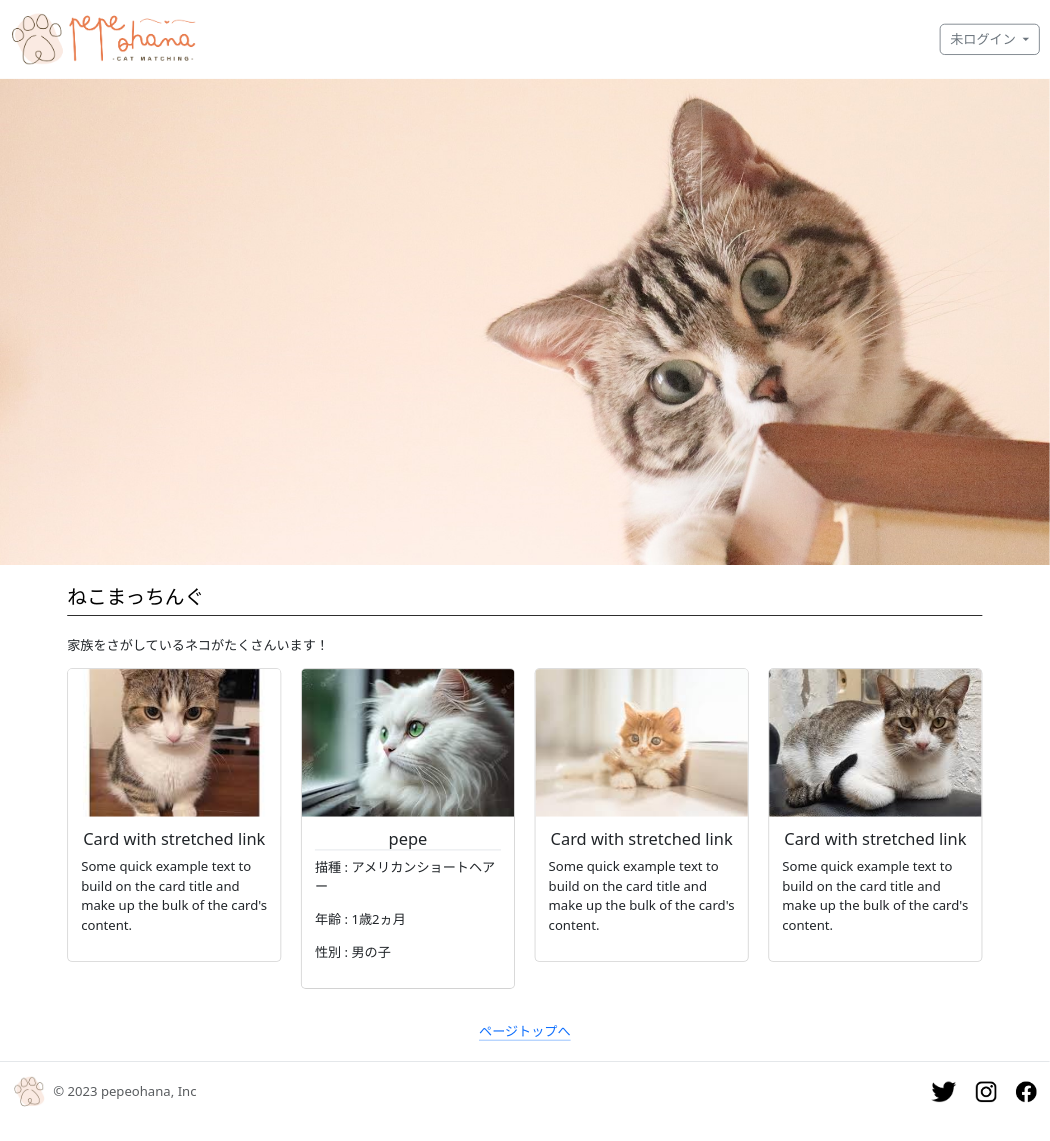
Repository: sakuwell/pepe
Page: http://localhost/PepeOhana/
An editor plug-in stored every save of this project. The page is shown before and after the next save, followed by the edit.
The browser window is 1280 px wide. The pictures show the whole page, at 82% of full size.
The page is served by Tomcat 9. Other server files are loaded and not shown.

Above is the page before, as saved 2023-09-06 04:59:31.

### ExWorkSpace/PepeOhana/src/main/webapp/index.jsp
<%@ page language="java" contentType="text/html; charset=UTF-8"
    pageEncoding="UTF-8"%>
<%@ page import="model.UsersInfoDto" %>

<!DOCTYPE html>
<html lang="ja">
<head>
    <meta charset="UTF-8">
    <meta name="viewport" content="width=device-width, initial-scale=1.0">
    <!-- Bootstrap CSS -->
    <link href="https://cdn.jsdelivr.net/npm/bootstrap@5.3.0/dist/css/bootstrap.min.css" rel="stylesheet" integrity="sha384-9ndCyUaIbzAi2FUVXJi0CjmCapSmO7SnpJef0486qhLnuZ2cdeRhO02iuK6FUUVM" crossorigin="anonymous">
    <script src="https://cdn.jsdelivr.net/npm/bootstrap@5.3.0/dist/js/bootstrap.bundle.min.js" integrity="sha384-geWF76RCwLtnZ8qwWowPQNguL3RmwHVBC9FhGdlKrxdiJJigb/j/68SIy3Te4Bkz" crossorigin="anonymous"></script>
    <title>Top | pepeohana</title>
</head>

<%
    // セッションを取得
	UsersInfoDto userInfoOnSession = (UsersInfoDto)session.getAttribute("LOGIN_INFO");
	boolean isLoggedIn = false;
	String userName = "";
	//HttpSession mysession = request.getSession(true);

    // セッションが存在し、username属性もセットされている場合はログイン済み
    if (userInfoOnSession != null) {
		userName = userInfoOnSession.getUserName();
        isLoggedIn = true;
    }
%>

<body>
	<% if (isLoggedIn) { %>
    <!-- ログイン済ヘッダー -->
    <nav class="navbar navbar-expand-lg navbar-light bg-white">
        <div class="container-fluid">
            <a class="navbar-brand" href="index.jsp">
                <img src="images/pepe_ohana_logo.png" alt="ページロゴ" width="auto" height="70">
            </a>
            <div class="btn-group">
                <button type="button" class="btn btn-secondary dropdown-toggle" data-bs-toggle="dropdown" aria-expanded="false">
                    userName
                </button>
                <ul class="dropdown-menu dropdown-menu-end">
                    <li><a class="dropdown-item" href="<%=request.getContextPath()%>/ExeMyPage">マイページ</a></li>
                    <li><a class="dropdown-item" href="<%=request.getContextPath()%>/ExeLogout">ログアウト</a></li>
                </ul>
            </div>
        </div>
    </nav>
    <!-- ログイン済ヘッダーここまで -->
    <% } else { %>
    <!-- 未ログインヘッダー -->
    <nav class="navbar navbar-expand-lg navbar-light bg-white">
    	<div class="container-fluid">
        	<a class="navbar-brand" href="index.jsp">
          		<img src="images/pepe_ohana_logo.png" alt="ページロゴ" width="auto" height="70">
          	</a>
         	<div class="btn-group">
            	<button type="button" class="btn btn-outline-secondary dropdown-toggle" data-bs-toggle="dropdown" aria-expanded="false">
             		 未ログイン
            	</button>
            	<ul class="dropdown-menu dropdown-menu-end">
              		<li><a class="dropdown-item" href="jsp/Login.jsp">ログイン</a></li>
              		<li><a class="dropdown-item" href="jsp/registUser.jsp">新規ユーザー登録</a></li>
            	</ul>
          	</div>
        </div>
    </nav>
    <!-- 未ログインヘッダーここまで -->
    <% } %>


    <!-- ヒーロー画像 -->
    <img class="img-fluid mb-4" src="images/hero_index.jpg"  alt="index画像" style="max-height:600px; width:100%; object-fit: cover;">

    <!-- ここから下　ページごとの内容 -->
    <div>
        <!-- 検索フォームゾーン -->
        <div class="container">
            <div class="h4 pb-2 mb-4 text-black border-bottom border-black">
                ねこまっちんぐ
            </div>
                <p>家族をさがしているネコがたくさんいます！</p>
            <!-- 猫カード -->
            <div class="row">
               <!-- カードのコンテンツ -->
               <div class="col-6 col-md-4 col-lg-3">
                    <div class="card mb-3">
                    	<img src="images/cat_1.jpg" style="height:180px; width: 100%; object-fit: cover;" class="card-img-top" alt="猫画像">
                        <div class="card-body">
                            <h5 class="card-title text-center">Card with stretched link</h5>
                            <p class="card-text text-right">Some quick example text to build on the card title and make up the bulk of the card's content.</p>
                            <div class="d-flex justify-content-center">
                                <a href="#" class="stretched-link"></a>
                            </div>
                        </div>
                    </div>
                </div>
               <!-- カードのコンテンツ -->
               <div class="col-6 col-md-4 col-lg-3">
                    <div class="card mb-3">
                    	<img src="images/cat_2.jpg" style="height:180px; width: 100%; object-fit: cover;" class="card-img-top" alt="猫画像">
                        <div class="card-body">
                            <h5 class="card-title text-center border-bottom">pepe</h5>
                            <p class="card-text text-right">描種 : アメリカンショートヘアー</p>
                            <p class="card-text text-right">年齢 : 1歳2ヵ月</p>
                            <p class="card-text text-right">性別 : 男の子</p>
                            <div class="d-flex justify-content-center">
                                <a href="#" class="stretched-link"></a>
                            </div>
                        </div>
                    </div>
                </div>
               <!-- カードのコンテンツ -->
               <div class="col-6 col-md-4 col-lg-3">
                    <div class="card mb-3">
                    	<img src="images/cat_3.jpg" style="height:180px; width: 100%; object-fit: cover;" class="card-img-top" alt="猫画像">
                        <div class="card-body">
                            <h5 class="card-title text-center">Card with stretched link</h5>
                            <p class="card-text text-right">Some quick example text to build on the card title and make up the bulk of the card's content.</p>
                            <div class="d-flex justify-content-center">
                                <a href="#" class="stretched-link"></a>
                            </div>
                        </div>
                    </div>
                </div>
               <!-- カードのコンテンツ -->
               <div class="col-6 col-md-4 col-lg-3">
                    <div class="card mb-3">
                    	<img src="images/cat_4.jpg" style="height:180px; width: 100%; object-fit: cover;" class="card-img-top" alt="猫画像">
                        <div class="card-body">
                            <h5 class="card-title text-center">Card with stretched link</h5>
                            <p class="card-text text-right">Some quick example text to build on the card title and make up the bulk of the card's content.</p>
                            <div class="d-flex justify-content-center">
                                <a href="#" class="stretched-link"></a>
                            </div>
                        </div>
                    </div>
                </div>
            </div>
        </div>
    </div>
    <!-- ここまで　ページごとの内容 -->

    <!-- フッター -->
    <div class="text-center mt-4">
        <a class="icon-link icon-link-hover" href="#">
            ページトップへ
        </a>
	</div>
	<footer class="d-flex flex-wrap justify-content-between align-items-center py-3 my-4 border-top">
    	<div class="col-md-4 d-flex align-items-center ms-3">
        	<a href="index.jsp" class="mb-3 me-2 mb-md-0"><img alt="ロゴ画像" src="images/nikukyu_logo.png" width="auto" height="40"></a>
          	<span class="mb-3 mb-md-0 text-body-secondary">© 2023 pepeohana, Inc</span>
        </div>
        <ul class="nav col-md-4 justify-content-end list-unstyled d-flex me-3">
            <li><a href="#"><img src=images/twitter_logo.png width="auto" height="25"></a></li>
            <li class="ms-4"><a href="#"><img src=images/insta_logo.png width="auto" height="25"></a></li>
            <li class="ms-4"><a href="#"><img src=images/facebook_logo.png width="auto" height="25"></a></li>
        </ul>
	</footer>
    <!-- フッター　ここまで -->

</body>
</html>

After the next save:
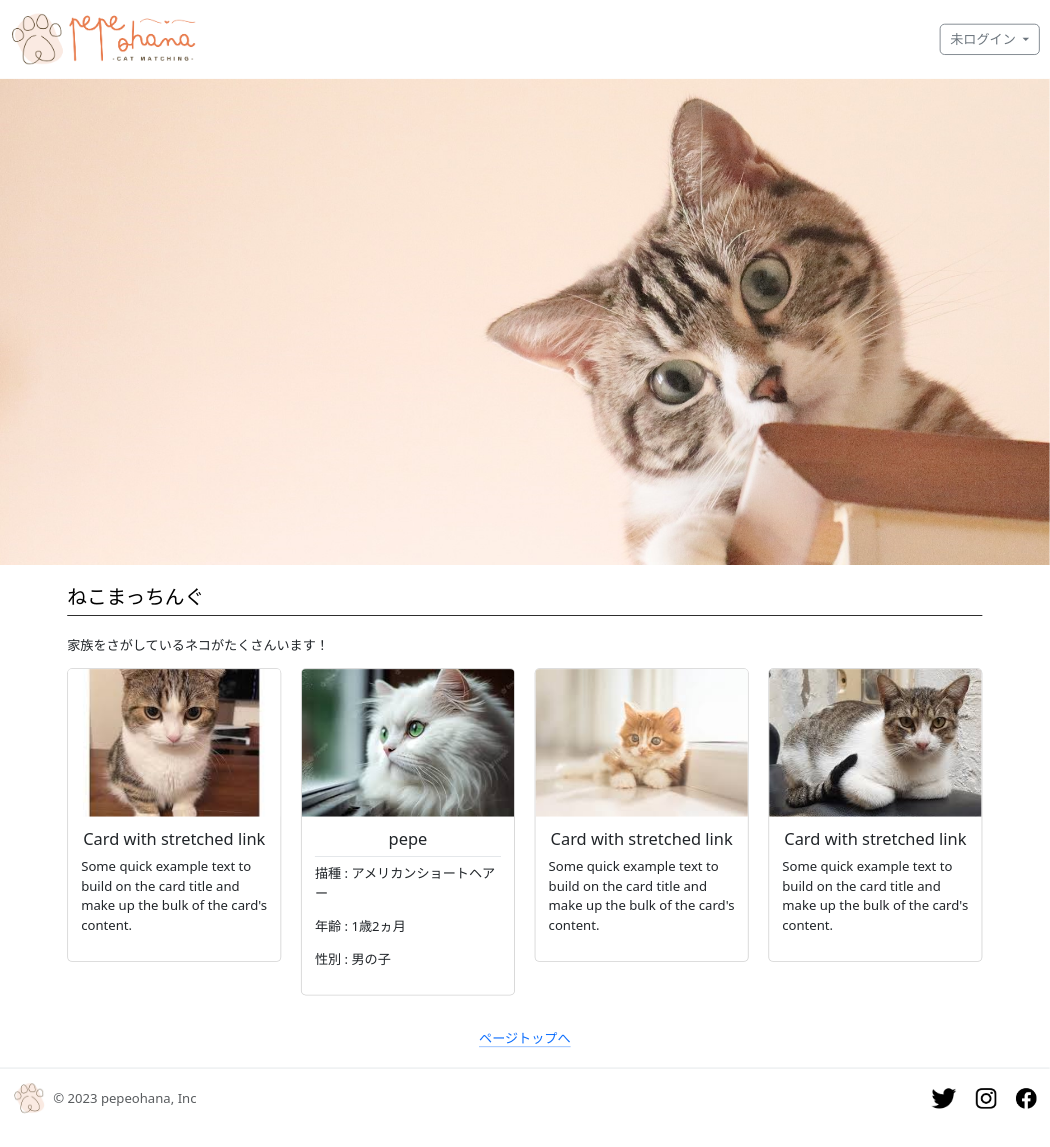
Saved 17 s later.
--- a/ExWorkSpace/PepeOhana/src/main/webapp/index.jsp
+++ b/ExWorkSpace/PepeOhana/src/main/webapp/index.jsp
@@ -100,7 +100,7 @@
                     <div class="card mb-3">
                     	<img src="images/cat_2.jpg" style="height:180px; width: 100%; object-fit: cover;" class="card-img-top" alt="猫画像">
                         <div class="card-body">
-                            <h5 class="card-title text-center border-bottom">pepe</h5>
+                            <h5 class="card-title text-center border-bottom pb-2">pepe</h5>
                             <p class="card-text text-right">描種 : アメリカンショートヘアー</p>
                             <p class="card-text text-right">年齢 : 1歳2ヵ月</p>
                             <p class="card-text text-right">性別 : 男の子</p>
